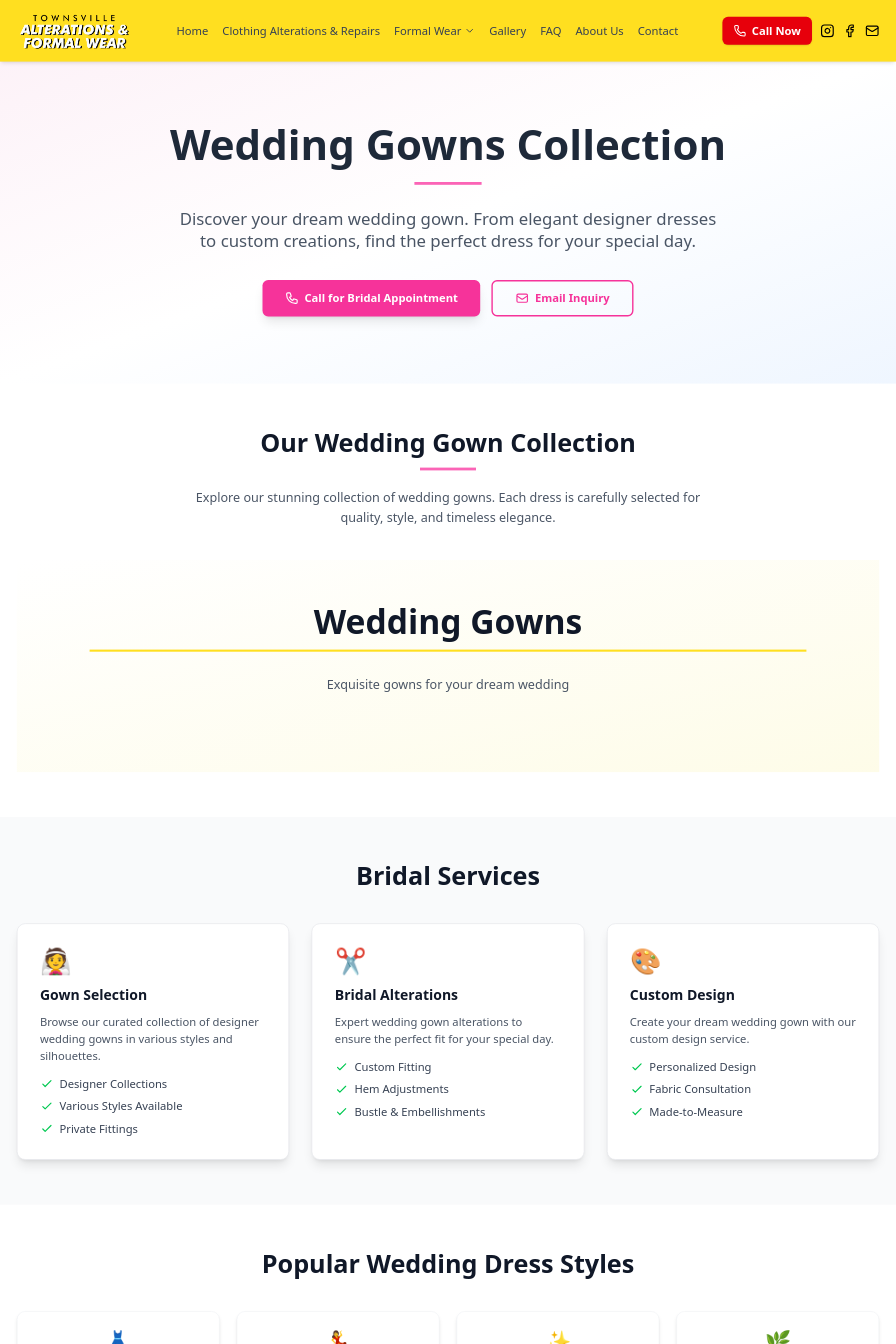
Repository: tarekhasan1/townsville-alteration
Page: /wedding-gowns
These files come from the project's save history. The page is drawn as it stood at one moment and after the next save; the edit follows.
The browser window is 1280 px wide. The pictures show the part of the page from y = 0 to 1920 px (the page is 3669 px tall), at 70% of full size.
The page's requests for data from a server got no answer. The project was rebuilt for these pictures with package versions that can differ from the ones it lists, and the page was loaded fresh each time. The framework's server and built-in components were replaced by stand-ins that run in the browser. No one was signed in, and anything a server would have sent is missing. Also part of the build but not shown: next.config.ts.

Above is the page before, as saved 2026-01-23 19:33:57.

### src/app/layout.tsx
// app/layout.tsx
import type { Metadata } from "next";
import "./globals.css";
import LayoutShell from "@/components/LayoutShell";

export const metadata: Metadata = {
  title: "Townsville Alterations and Formal Wear | Tailoring, Suit Hire, Alterations",
  description: "Townsville Alterations and Formal Wear - Reinvent Your Wardrobe. Hire or tailor-make outfits that turn heads. Expert suit hire, bridal alterations, and tailoring in Townsville.",
  keywords: "Townsville Tailoring, Formal Wear Townsville, Suit Hire, Alterations, Wedding Dress Alterations, Custom Tailoring",
  authors: [{ name: "Townsville Alterations & Formal Wear" }],
  creator: "Townsville Alterations & Formal Wear",
  publisher: "Townsville Alterations & Formal Wear",
  robots: "index, follow",
  icons: "/logo.png",
};

export default function RootLayout({ children }: { children: React.ReactNode }) {
  return (
    <html lang="en">
      <body>
        <LayoutShell>{children}</LayoutShell>
      </body>
    </html>
  );
}

### src/app/globals.css
@import "tailwindcss";

:root {
  --background: #ffffff;
  --foreground: #171717;
}

### src/components/LayoutShell.tsx
// components/LayoutShell.tsx
'use client';

import { usePathname } from 'next/navigation';
import Navbar from '@/components/Navbar';
import ContactSection from '@/components/ContactSection';
import DevelopedBy from '@/components/DevelopedBy';

export default function LayoutShell({ children }: { children: React.ReactNode }) {
  const pathname = usePathname();
  const isAdminRoute = pathname.startsWith('/admin');

  return (
    <>
      {!isAdminRoute && <Navbar />}
      {children}
      {!isAdminRoute && (
        <>
          <ContactSection />
          <DevelopedBy />
        </>
      )}
    </>
  );
}

### src/components/ImageGallery.tsx
/* eslint-disable react-hooks/exhaustive-deps */
/* eslint-disable @typescript-eslint/no-unused-vars */
// components/ImageGallery.tsx
'use client';

import { useState, useEffect } from "react";
import Image from "next/image";
import { fetchPaginatedImages, CollectionType, ImageData } from "../../actions/client.action";

interface ImageGalleryProps {
  collection: CollectionType;
  title: string;
  description: string;
  itemsPerPage?: number;
  showExploreButton?: boolean;
  showContactButton?: boolean;
  contactEmail?: string;
  contactSubject?: string;
  buttonText?: string;
  showCallButton?: boolean;
  phoneNumber?: string;
  callButtonText?: string;
}

export default function ImageGallery({
  collection,
  title,
  description,
  itemsPerPage = 6,
  showExploreButton = false,
  showContactButton = false,
  contactEmail = "",
  contactSubject = "",
  buttonText = "Contact to Buy",
  showCallButton = false,
  phoneNumber = "+61412345678", // Default Australian number format
  callButtonText = "Call Us",
}: ImageGalleryProps) {
  const [images, setImages] = useState<ImageData[]>([]);
  const [currentPage, setCurrentPage] = useState(0);
  const [totalPages, setTotalPages] = useState(0);
  const [totalImages, setTotalImages] = useState(0);
  const [loading, setLoading] = useState(true);
  const [error, setError] = useState<string | null>(null);

  const loadImages = async () => {
    setLoading(true);
    setError(null);
    try {
      const result = await fetchPaginatedImages(collection, currentPage, itemsPerPage);
      setImages(result.images);
      setTotalPages(result.totalPages);
      setTotalImages(result.total);
    } catch (err) {
      setError(err instanceof Error ? err.message : "Failed to load images");
      console.error("Error loading images:", err);
    } finally {
      setLoading(false);
    }
  };

  useEffect(() => {
    loadImages();
  }, [currentPage, collection, itemsPerPage]);

  const handlePrevious = () => {
    setCurrentPage((prev) => Math.max(prev - 1, 0));
  };

  const handleNext = () => {
    setCurrentPage((prev) => Math.min(prev + 1, totalPages - 1));
  };

  if (loading && images.length === 0) {
    return (
      <section className="bg-gradient-to-br from-white to-yellow-50 py-16 px-6 md:px-12 lg:px-24 text-gray-800">
        <div className="max-w-7xl mx-auto text-center">
          <h2 className="text-4xl md:text-5xl font-bold text-gray-900 mb-4">{title}</h2>
          <div className="w-[80vw] border-b border-[2px] border-yellow-300 mx-auto mb-8"></div>
          <p className="text-lg text-gray-600 max-w-2xl mx-auto mb-12">{description}</p>

          <div className="flex justify-center items-center py-20">
            <div className="animate-spin rounded-full h-12 w-12 border-b-2 border-yellow-500"></div>
            <span className="ml-3 text-gray-600">Loading images...</span>
          </div>
        </div>
      </section>
    );
  }

  if (error && images.length === 0) {
    return (
      <section className="bg-gradient-to-br from-white to-yellow-50 py-16 px-6 md:px-12 lg:px-24 text-gray-800">
        <div className="max-w-7xl mx-auto text-center">
          <h2 className="text-4xl md:text-5xl font-bold text-gray-900 mb-4">{title}</h2>
          <div className="w-[80vw] border-b border-[2px] border-yellow-300 mx-auto mb-8"></div>
          <p className="text-lg text-gray-600 max-w-2xl mx-auto mb-12">{description}</p>

          <div className="text-center py-12 text-red-500">
            <p className="text-lg mb-4">{error}</p>
            <button
              onClick={loadImages}
              className="px-4 py-2 bg-yellow-400 text-white rounded-lg hover:bg-yellow-500 transition"
            >
              Try Again
            </button>
          </div>
        </div>
      </section>
    );
  }

  return (
    <section className="bg-gradient-to-br from-white to-yellow-50 py-16 px-6 md:px-12 lg:px-24 text-gray-800">
      <div className="max-w-7xl mx-auto text-center">
        <h2 className="text-4xl md:text-5xl font-bold text-gray-900 mb-4">{title}</h2>
        <div className="w-[80vw] border-b border-[2px] border-yellow-300 mx-auto mb-8"></div>
        <p className="text-lg text-gray-600 max-w-2xl mx-auto mb-12">{description}</p>

        {loading && images.length > 0 && (
          <div className="flex justify-center mb-4">
            <div className="animate-spin rounded-full h-6 w-6 border-b-2 border-yellow-500"></div>
            <span className="ml-2 text-gray-600">Loading more...</span>
          </div>
        )}

        <div className="grid grid-cols-1 sm:grid-cols-2 md:grid-cols-3 gap-6">
          {images.map((image) => (
            <div
              key={image.id}
              className="group relative overflow-hidden rounded-xl shadow-md hover:shadow-xl transition-transform duration-300 ease-in-out transform hover:scale-105"
            >
              {/* Call Us Button - Above the image */}
              {showCallButton && (
                <div className="absolute top-3 left-3 right-3 z-10">
                  <a
                    href={`tel:${phoneNumber}`}
                    className="inline-flex items-center justify-center w-full px-4 py-2 bg-green-600 text-white font-semibold rounded-md hover:bg-green-700 transition-all shadow-lg hover:shadow-xl transform hover:-translate-y-0.5"
                    onClick={(e) => {
                      // Analytics or tracking can be added here
                      console.log(`Call button clicked for ${title}`);
                    }}
                  >
                    <svg
                      className="w-4 h-4 mr-2"
                      fill="none"
                      stroke="currentColor"
                      viewBox="0 0 24 24"
                    >
                      <path
                        strokeLinecap="round"
                        strokeLinejoin="round"
                        strokeWidth="2"
                        d="M3 5a2 2 0 012-2h3.28a1 1 0 01.948.684l1.498 4.493a1 1 0 01-.502 1.21l-2.257 1.13a11.042 11.042 0 005.516 5.516l1.13-2.257a1 1 0 011.21-.502l4.493 1.498a1 1 0 01.684.949V19a2 2 0 01-2 2h-1C9.716 21 3 14.284 3 6V5z"
                      />
                    </svg>
                    {callButtonText}
                  </a>
                </div>
              )}

              {/* Image */}
              <div className={`${showCallButton ? 'pt-16' : ''}`}>
                <Image
                  src={image.url}
                  alt={image.fileName || `${title} image`}
                  width={500}
                  height={600}
                  className="w-full h-[300px] object-cover transition duration-300 group-hover:brightness-90"
                  loading="lazy"
                />
              </div>

              {/* Contact Button - Below the image */}
              {/* {showContactButton && (
                <div className="absolute bottom-0 left-0 right-0 bg-gradient-to-t from-white/90 via-white/80 to-transparent backdrop-blur-sm p-4">
                  <a
                    href={`mailto:${contactEmail}?subject=${encodeURIComponent(contactSubject)}`}
                    className="inline-block px-4 py-2 bg-yellow-300 text-gray-900 font-semibold rounded-md hover:bg-yellow-400 transition shadow-md hover:shadow-lg"
                  >
                    {buttonText}
                  </a>
                </div>
              )} */}
            </div>
          ))}
        </div>

        {totalPages > 1 && (
          <div className="flex justify-center items-center mt-10 space-x-6">
            <button
              onClick={handlePrevious}
              disabled={currentPage === 0 || loading}
              className="px-4 py-2 bg-gray-200 text-gray-800 rounded-lg hover:bg-yellow-300 disabled:opacity-50 disabled:cursor-not-allowed transition"
            >
              Previous
            </button>

            <span className="text-gray-700 font-medium">
              Page {currentPage + 1} of {totalPages} ({totalImages} total)
            </span>

            <button
              onClick={handleNext}
              disabled={currentPage === totalPages - 1 || loading}
              className="px-4 py-2 bg-gray-200 text-gray-800 rounded-lg hover:bg-yellow-300 disabled:opacity-50 disabled:cursor-not-allowed transition"
            >
              Next
            </button>
          </div>
        )}

        {showExploreButton && (
          <div className="mt-10">
            <a
              href="/gallery"
              aria-label={`Explore full gallery of ${title}`}
              className="inline-block px-6 py-3 bg-yellow-400 text-white font-semibold rounded-lg shadow-md hover:bg-yellow-500 transition"
            >
              Explore All
            </a>
          </div>
        )}
      </div>
    </section>
  );
}

### src/components/ContactSection.tsx
'use client';

import Image from 'next/image';
import { Facebook, Instagram } from 'lucide-react';

export default function ContactSection() {
  return (
    <footer
      id="contact"
      aria-labelledby="contact-us"
      className="bg-[#f2f2e5] p-8 md:p-12 lg:p-16"
    >
      <div className="mx-auto grid grid-cols-1 md:grid-cols-2 gap-8 items-center">
        <div className="w-full h-auto relative">
          <Image
            src="/tailored-suit.jpg"
            alt="Tailored suits on hangers"
            width={600}
            height={400}
            className="rounded-lg"
            priority
          />
        </div>
        <div className="space-y-6 text-center md:text-left">
          <h2
            id="contact-us"
            className="text-4xl md:text-5xl font-bold text-gray-900 mb-4"
          >
            We&apos;d love to work with you. Call us now.
          </h2>
          <hr className="border-yellow-300 border-[2px]" />
          <div className="space-y-4 text-gray-700">
            <div>
              <h3 className="font-semibold">ADDRESS</h3>
              <p>611 Flinders Street, Townsville</p>
            </div>
            <div>
              <h3 className="font-semibold">PHONE</h3>
              <p>04 219 29683</p>
            </div>
            <div>
              <h3 className="font-semibold">EMAIL</h3>
              <p>
                <a
                  href="mailto:tranglecong2014@gmail.com"
                  className="hover:text-gray-600"
                  aria-label="Email us at sales@tsvalterationsandformalwear.com"
                >
                  tranglecong2014@gmail.com
                </a>
              </p>
            </div>
            <div>
              <h3 className="font-semibold">SOCIAL</h3>
              <div className="flex justify-center md:justify-start space-x-4 text-xl">
                <a
                  target="_blank"
                  href="https://www.facebook.com/DressmakingAlterationsTownsville"
                  aria-label="Facebook - Townsville Alterations and Formal Wear"
                  className="text-gray-800 hover:text-gray-600"
                >
                  <Facebook size={24} />
                </a>
                <a
                  target="_blank"
                  href="https://www.instagram.com/tsvalterationformal?igsh=bXJkaXp3eXN4Yml2"
                  aria-label="Instagram - Townsville Alterations and Formal Wear"
                  className="text-gray-800 hover:text-gray-600"
                >
                  <Instagram size={24} />
                </a>
              </div>
            </div>
          </div>
        </div>
      </div>
    </footer>
  );
}

### src/components/DevelopedBy.tsx
// components/DevelopedBy.js

import React from 'react';

const DevelopedBy = () => {
  return (
    <footer className="bg-gray-900 text-white text-center py-4">
      <p className="text-sm">
        Developed by{' '}
        <a
          href="https://digitalcowboy.com.au"
          className="text-yellow-400 hover:underline"
          target="_blank"
          rel="noopener noreferrer"
        >
          DigitalCowboy
        </a>
      </p>
    </footer>
  );
};

export default DevelopedBy;

### actions/client.action.ts
// lib/client.actions.ts
'use client';

import { collection, getDocs } from "firebase/firestore";
import { db } from "@/firebase/config";

export type CollectionType = 'gallery' | 'featured' | 'suits' | 'wedding-gowns';

export interface ImageData {
  id: string;
  url: string;
  fileName?: string;
  fileSize?: number;
  uploadedAt?: Date;
}

// Fetch images from a specific collection
export const fetchCollectionImages = async (collectionName: CollectionType): Promise<ImageData[]> => {
  try {
    const snapshot = await getDocs(collection(db, collectionName));
    const images = snapshot.docs.map((doc) => ({
      id: doc.id,
      url: doc.data().url as string,
      fileName: doc.data().fileName as string,
      fileSize: doc.data().fileSize as number,
      uploadedAt: doc.data().uploadedAt?.toDate() as Date,
    }));
    return images;
  } catch (error) {
    console.error(`Error fetching ${collectionName} images:`, error);
    throw new Error(`Failed to fetch ${collectionName} images`);
  }
};

// Fetch all images from all collections
export const fetchAllImages = async (): Promise<{
  gallery: ImageData[];
  featured: ImageData[];
  suits: ImageData[];
  weddingGowns: ImageData[];
}> => {
  try {
    const [gallery, featured, suits, weddingGowns] = await Promise.all([
      fetchCollectionImages('gallery'),
      fetchCollectionImages('featured'),
      fetchCollectionImages('suits'),
      fetchCollectionImages('wedding-gowns'),
    ]);

    return { gallery, featured, suits, weddingGowns };
  } catch (error) {
    console.error('Error fetching all images:', error);
    throw new Error('Failed to fetch images');
  }
};

// Fetch images with pagination
export const fetchPaginatedImages = async (
  collectionName: CollectionType,
  page: number,
  itemsPerPage: number
): Promise<{
  images: ImageData[];
  total: number;
  totalPages: number;
}> => {
  try {
    const allImages = await fetchCollectionImages(collectionName);
    const startIndex = page * itemsPerPage;
    const endIndex = startIndex + itemsPerPage;
    const paginatedImages = allImages.slice(startIndex, endIndex);
    const totalPages = Math.ceil(allImages.length / itemsPerPage);

    return {
      images: paginatedImages,
      total: allImages.length,
      totalPages,
    };
  } catch (error) {
    console.error(`Error fetching paginated ${collectionName} images:`, error);
    throw new Error(`Failed to fetch paginated ${collectionName} images`);
  }
};

### src/firebase/config.ts
// Import the functions you need from the SDKs you need
import { initializeApp } from "firebase/app";
import { getFirestore } from 'firebase/firestore';
import { getStorage } from 'firebase/storage';
// TODO: Add SDKs for Firebase products that you want to use
// https://firebase.google.com/docs/web/setup#available-libraries

// Your web app's Firebase configuration
const firebaseConfig = {
  apiKey: process.env.NEXT_PUBLIC_FIREBASE_API_KEY,
  authDomain: process.env.NEXT_PUBLIC_FIREBASE_AUTH_DOMAIN,
  projectId: process.env.NEXT_PUBLIC_FIREBASE_PROJECT_ID,
  storageBucket: process.env.NEXT_PUBLIC_FIREBASE_STORAGE_BUCKET,
  messagingSenderId: process.env.NEXT_PUBLIC_FIREBASE_MESSAGING_SENDER_ID,
  appId: process.env.NEXT_PUBLIC_FIREBASE_APP_ID
};

// Initialize Firebase
const app = initializeApp(firebaseConfig);
export const db = getFirestore(app);
export const storage = getStorage(app);

### src/components/FloatingCallButton.tsx
'use client';

import { Phone } from 'lucide-react';

export default function FloatingCallButton() {
  return (
    <a
      href="tel:0421929683" // <-- replace with real number
      aria-label="Call us now"
      className="
        fixed
        bottom-5
        right-5
        z-50
        flex
        items-center
        justify-center
        w-14
        h-14
        rounded-full
        bg-green-600
        text-white
        shadow-lg
        hover:bg-green-700
        active:scale-95
        transition
      "
    >
      <Phone className="w-6 h-6" />
    </a>
  );
}

Loaded but not shown: src/app/wedding-gowns/page.tsx (304 lines, source omitted); src/components/Navbar.tsx (201 lines, source omitted)

After the next save:
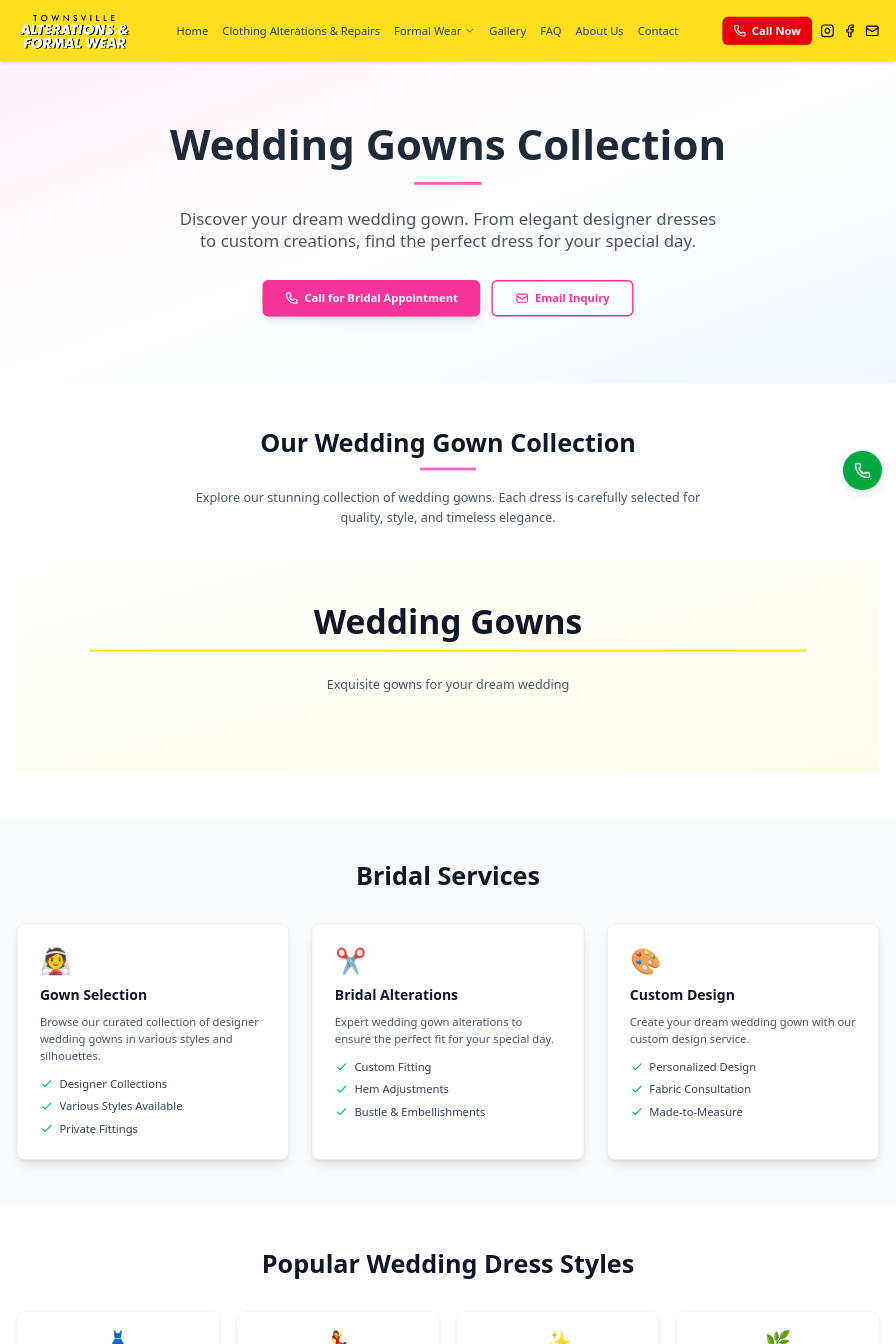
Saved 24 s later.
--- a/src/app/layout.tsx
+++ b/src/app/layout.tsx
@@ -1,12 +1,14 @@
-// app/layout.tsx
 import type { Metadata } from "next";
 import "./globals.css";
 import LayoutShell from "@/components/LayoutShell";
+import FloatingCallButton from "@/components/FloatingCallButton";
 
 export const metadata: Metadata = {
   title: "Townsville Alterations and Formal Wear | Tailoring, Suit Hire, Alterations",
-  description: "Townsville Alterations and Formal Wear - Reinvent Your Wardrobe. Hire or tailor-make outfits that turn heads. Expert suit hire, bridal alterations, and tailoring in Townsville.",
-  keywords: "Townsville Tailoring, Formal Wear Townsville, Suit Hire, Alterations, Wedding Dress Alterations, Custom Tailoring",
+  description:
+    "Townsville Alterations and Formal Wear - Reinvent Your Wardrobe. Hire or tailor-make outfits that turn heads. Expert suit hire, bridal alterations, and tailoring in Townsville.",
+  keywords:
+    "Townsville Tailoring, Formal Wear Townsville, Suit Hire, Alterations, Wedding Dress Alterations, Custom Tailoring",
   authors: [{ name: "Townsville Alterations & Formal Wear" }],
   creator: "Townsville Alterations & Formal Wear",
   publisher: "Townsville Alterations & Formal Wear",
@@ -14,11 +16,18 @@ export const metadata: Metadata = {
   icons: "/logo.png",
 };
 
-export default function RootLayout({ children }: { children: React.ReactNode }) {
+export default function RootLayout({
+  children,
+}: {
+  children: React.ReactNode;
+}) {
   return (
     <html lang="en">
       <body>
         <LayoutShell>{children}</LayoutShell>
+
+        {/* Global Floating Call Button */}
+        <FloatingCallButton />
       </body>
     </html>
   );
